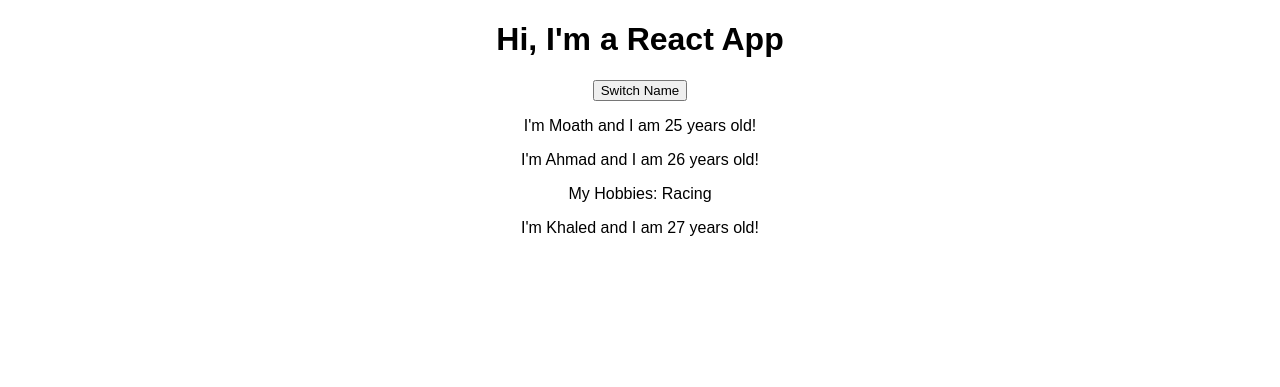
Repository: MuathYHKefayah/React-Basics
Page: /
An editor plug-in stored every save of this project. The page is shown before and after the next save, followed by the edit.
The browser window is 1280 px wide. The pictures show the whole page.
The project was rebuilt for these pictures with package versions that can differ from the ones it lists, and the page was loaded fresh each time.

Above is the page before, as saved 2020-12-10 15:45:09.

### src/App.js
import React, { Component } from 'react';
import './App.css';
import Person from './Person/Person';

class App extends Component {
  state = {
     persons: [
       { name:'Moath', age: 25},
       { name:'Ahmad', age: 26},
       { name:'Khaled', age: 27},
     ]
  }

  switchNameHandler  = (newName, newAge) => {
    //Don't Do This: this.state.persons[0].name = "Max";
    this.setState({
      persons: [
        { name:newName, age: 25},
        { name:'Ahmad', age: 26},
        { name:'Khaled', age: newAge},
      ]
    })
  }

  nameChangedHandler = (event) => {
    this.setState({
      persons: [
        { name:'Moath', age: 25},
        { name: event.target.value, age: 26},
        { name:'Khaled', age: 27},
      ]
    })
  }

  render() {
    return (
      // jsx \\ write html code in js file
      <div className="App">
        <h1>Hi, I'm a React App</h1>
        <button onClick={() => this.switchNameHandler('Moath!!', 30)}>Switch Name</button>
        <Person name={this.state.persons[0].name} age={this.state.persons[0].age}/>
        <Person
          name={this.state.persons[1].name}
          age={this.state.persons[1].age}
          click={this.switchNameHandler.bind(this, 'Moath!', 40)}
          changed={this.nameChangedHandler}
          >My Hobbies: Racing</Person>
        <Person name={this.state.persons[2].name} age={this.state.persons[2].age}/>

      </div>
    );
    //return React.createElement('div', {className: 'App'} , React.createElement('h1', null , 'Hi, I\'m a React App !!!' ))
  }
}

export default App;

### src/Person/Person.js
import React from 'react';

const person = (props) => {
    return (
        <div>
            <p onClick={props.click}>I'm {props.name} and I am {props.age} years old!</p>
            <p>{props.children}</p>
        </div>
    )
};

export default person;

Loaded but not shown: public/index.html (common file); src/index.js (common file); src/index.css (common file); src/registerServiceWorker.js (common file); src/App.css (common file)

After the next save:
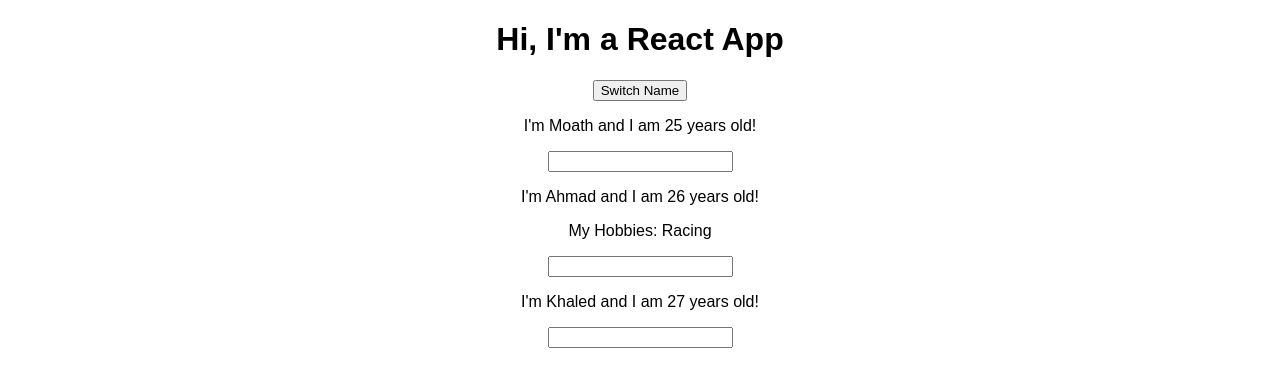
Saved 17 s later.
--- a/src/Person/Person.js
+++ b/src/Person/Person.js
@@ -5,6 +5,7 @@ const person = (props) => {
         <div>
             <p onClick={props.click}>I'm {props.name} and I am {props.age} years old!</p>
             <p>{props.children}</p>
+            <input type="text" onChange={props.changed}/>
         </div>
     )
 };
